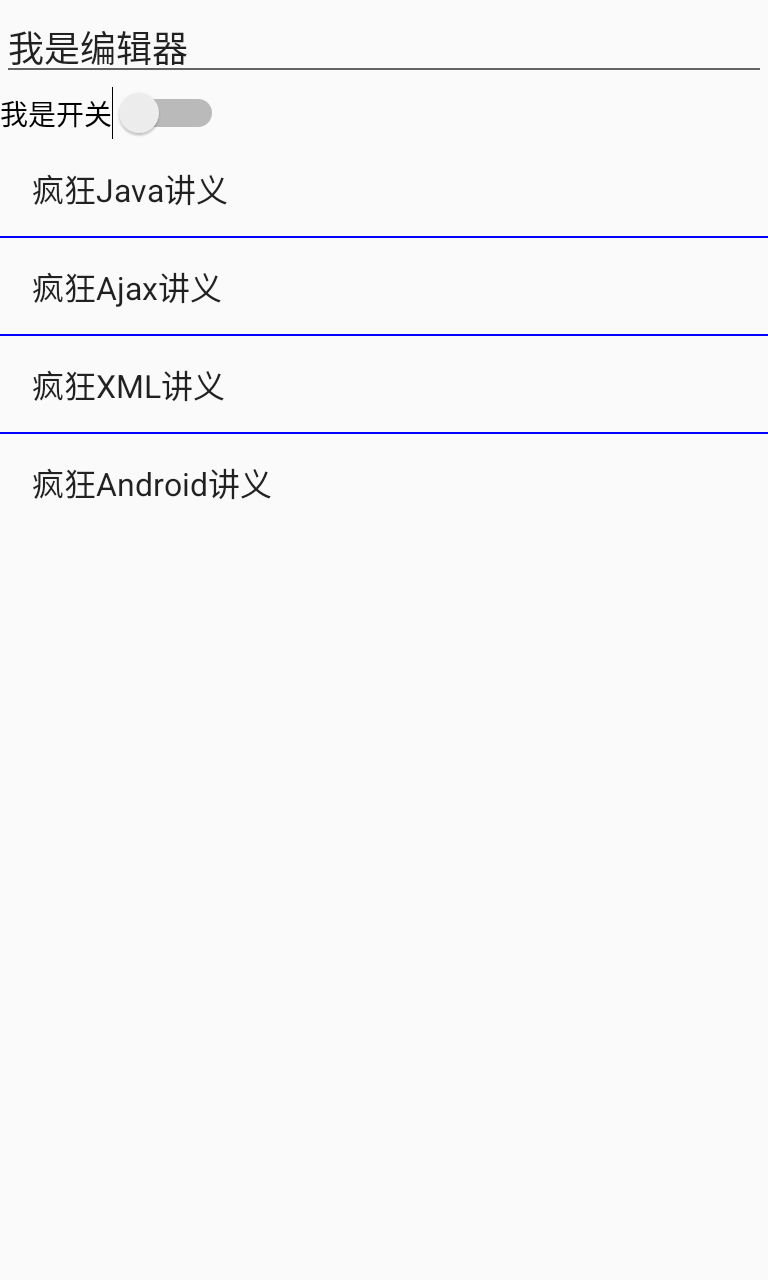
Repository: BingoBinBingo/androidWorkPlace
Layout: firstAndroid/res/layout/activity_main.xml
These files come from the project's save history. The layout is drawn as it stood at one moment and after the next save; the edit follows.
It is drawn on a 768 x 1280 px phone screen (xhdpi) without system bars, with theme AppTheme; the app's code is not run. Lists and similar views that code fills are empty.

Above is the layout before, as saved 2015-08-26 09:34:37.

After the next save:
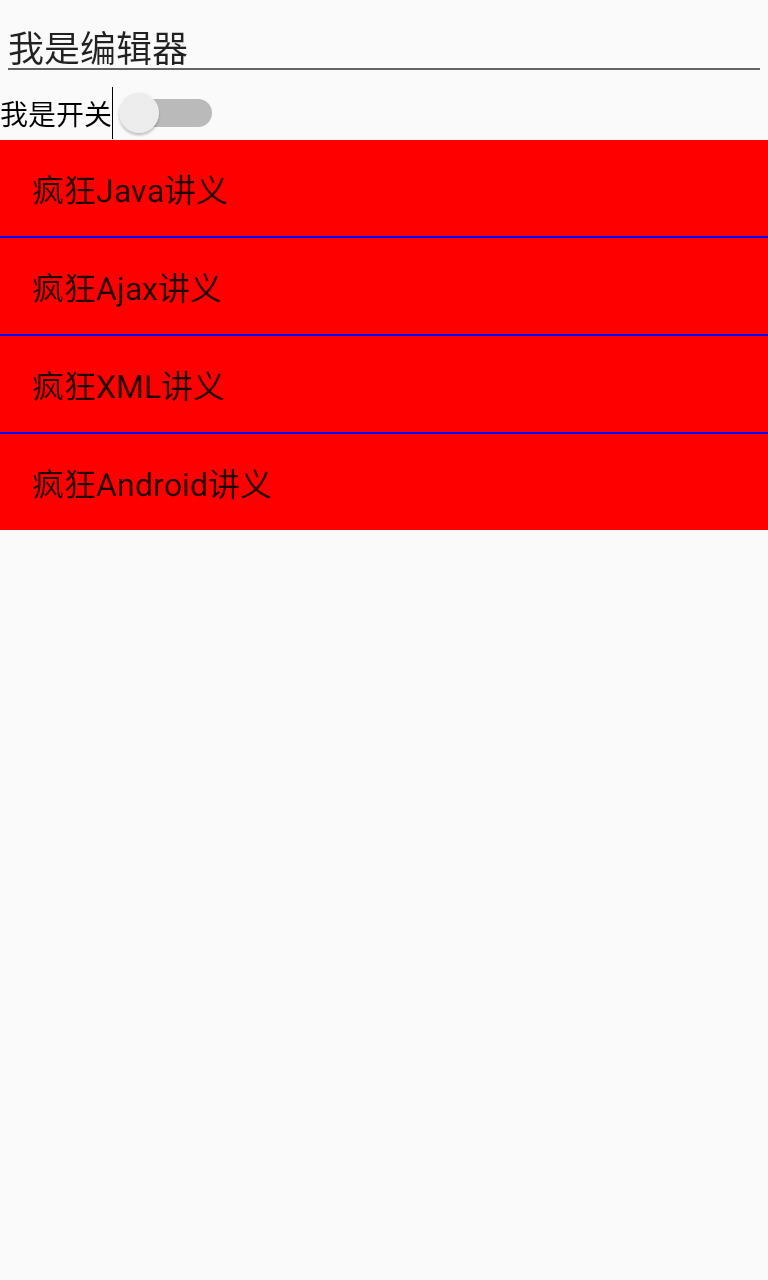
Saved 28 s later.
--- a/firstAndroid/res/layout/activity_main.xml
+++ b/firstAndroid/res/layout/activity_main.xml
@@ -24,7 +24,7 @@
 	    android:entries="@array/books"
 	    android:divider="#0000FF"
 	    android:dividerHeight="2px"
-	    android:background=""
+	    android:background="#FF0000"
 
 	    android:headerDividersEnabled="false"
 	    />
